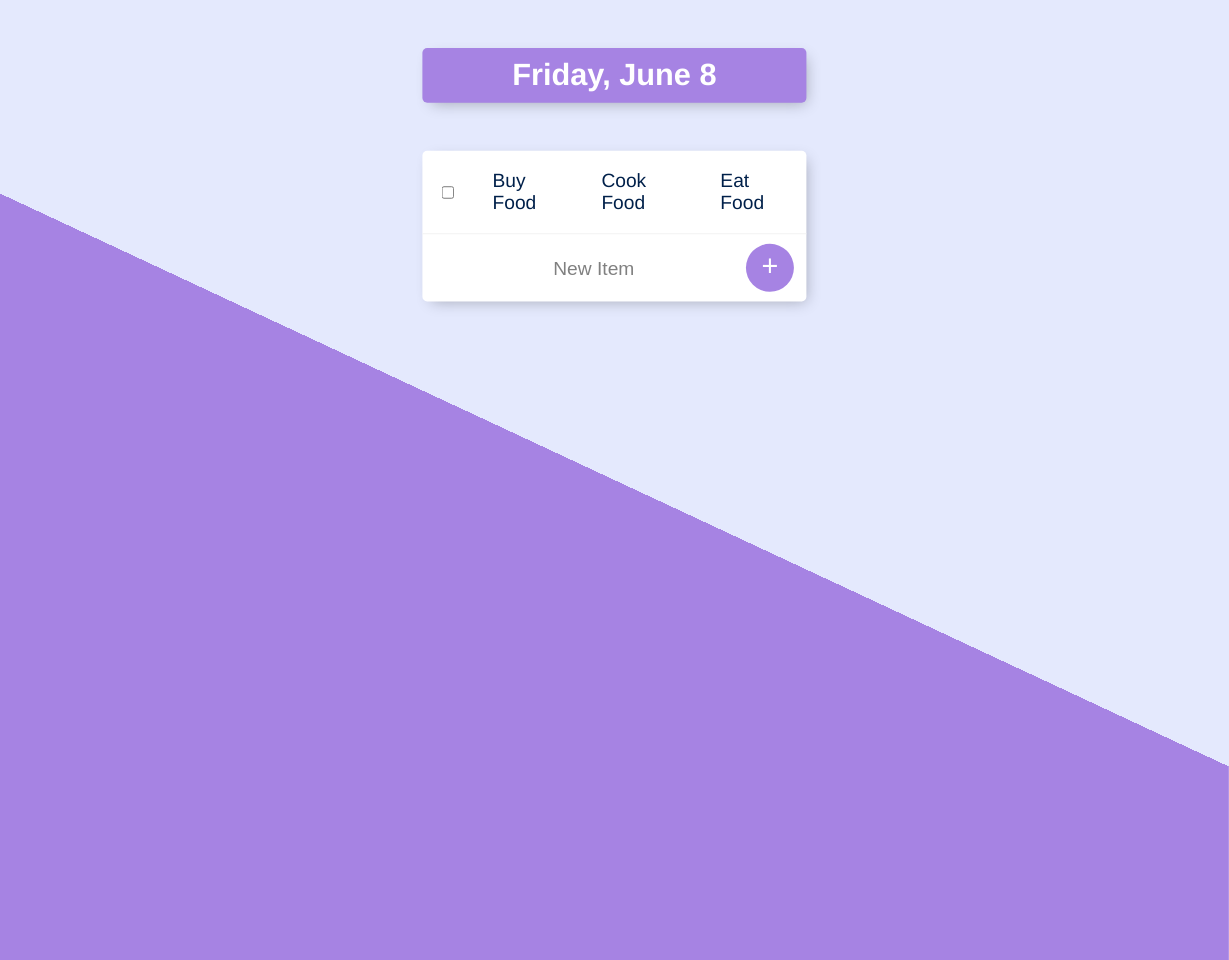
Repository: DESTINYAS/ToDo-List
Page: http://localhost/
These files come from the project's save history. The page is drawn as it stood at one moment and after the next save; the edit follows.
The browser window is 1280 px wide. The pictures show the whole page, at 96% of full size.
The page is served by the project's Node server (app.js).

Above is the page before, as saved 2022-08-24 14:31:25.

### views/list.ejs
<!DOCTYPE html>
<html lang="en">
  <head>
    <meta charset="UTF-8" />
    <meta http-equiv="X-UA-Compatible" content="IE=edge" />
    <meta name="viewport" content="width=device-width, initial-scale=1.0" />
    <title>To do list</title>
    <link rel="stylesheet" href="css/styles.css">
  </head>
  <body>
    <div class="box" id="heading">
      <h1><%= kindOfDay %></h1>
    </div>

    <div class="box">
      <div class="item">
        <input type="checkbox">
        <% for( var i=0;i<newListItems.length;i++) {%>
          <p><%= newListItems[i] %></p>
          <%}%>
      </div>
      <form class="item" action="/" method="post">
        <input type="text" name="newItem" placeholder="New Item"/>
        <button type="submit">+</button>
      </form>
    </div>


  </body>
</html>

### app.js
const express = require("express");
const bodyParser = require("body-parser");

const app = express();
var items = ["Buy Food", "Cook Food", "Eat Food"];
app.set("view engine", "ejs");
app.use(bodyParser.urlencoded({ extended: true }));
app.use(express.static("public"));

app.get("/", function (req, res) {
  const today = new Date();

  var options = {
    weekday: "long",
    day: "numeric",
    month: "long",
  };
  var day = today.toLocaleDateString("en-US", options);

  res.render("list", { kindOfDay: day, newListItems: items });
});
app.post("/", function (req, res) {
  var item = req.body.newItem;
  items.push(item);
  res.redirect("/");
});

app.listen(3000, function () {
  console.log("server started at port 3000");
});

### public/css/styles.css
html {
  background-color: #e4e9fd;
  background-image: -webkit-linear-gradient(65deg, #a683e3 50%, #e4e9fd 50%);
  min-height: 1000px;
  font-family: "helvetica neue";
}

h1 {
  color: #fff;
  padding: 10px;
}

.box {
  max-width: 400px;
  margin: 50px auto;
  background: white;
  border-radius: 5px;
  box-shadow: 5px 5px 15px -5px rgba(0, 0, 0, 0.3);
}

#heading {
  background-color: #a683e3;
  text-align: center;
}

.item {
  min-height: 70px;
  display: flex;
  align-items: center;
  border-bottom: 1px solid #f1f1f1;
}

.item:last-child {
  border-bottom: 0;
}

input:checked + p {
  text-decoration: line-through;
  text-decoration-color: #a683e3;
}

input[type="checkbox"] {
  margin: 20px;
}

p {
  margin: 0;
  padding: 20px;
  font-size: 20px;
  font-weight: 200;
  color: #00204a;
}

form {
  text-align: center;
  margin-left: 20px;
}

button {
  min-height: 50px;
  width: 50px;
  border-radius: 50%;
  border-color: transparent;
  background-color: #a683e3;
  color: #fff;
  font-size: 30px;
  padding-bottom: 6px;
  border-width: 0;
}

input[type="text"] {
  text-align: center;
  height: 60px;
  top: 10px;
  border: none;
  background: transparent;
  font-size: 20px;
  font-weight: 200;
  width: 313px;
}

input[type="text"]:focus {
  outline: none;
  box-shadow: inset 0 -3px 0 0 #a683e3;
}

::placeholder {
  color: grey;
  opacity: 1;
}

footer {
  color: white;
  color: rgba(0, 0, 0, 0.5);
  text-align: center;
}

After the next save:
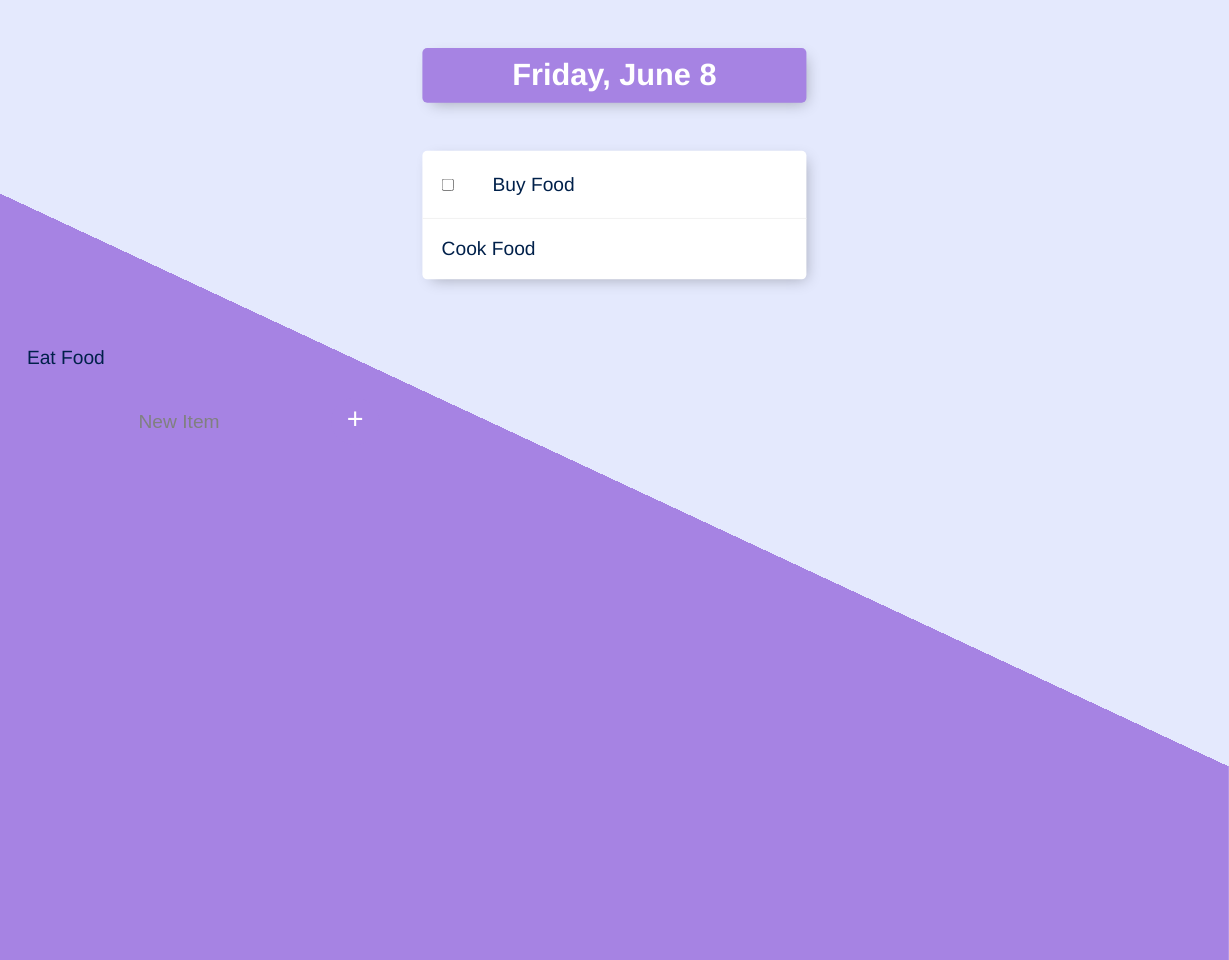
Saved 10 min 25 s later.
--- a/views/list.ejs
+++ b/views/list.ejs
@@ -17,11 +17,11 @@
         <input type="checkbox">
         <% for( var i=0;i<newListItems.length;i++) {%>
           <p><%= newListItems[i] %></p>
-          <%}%>
       </div>
+      <%}%>
       <form class="item" action="/" method="post">
         <input type="text" name="newItem" placeholder="New Item"/>
-        <button type="submit">+</button>
+        <button type="submit" name="button">+</button>
       </form>
     </div>
 
